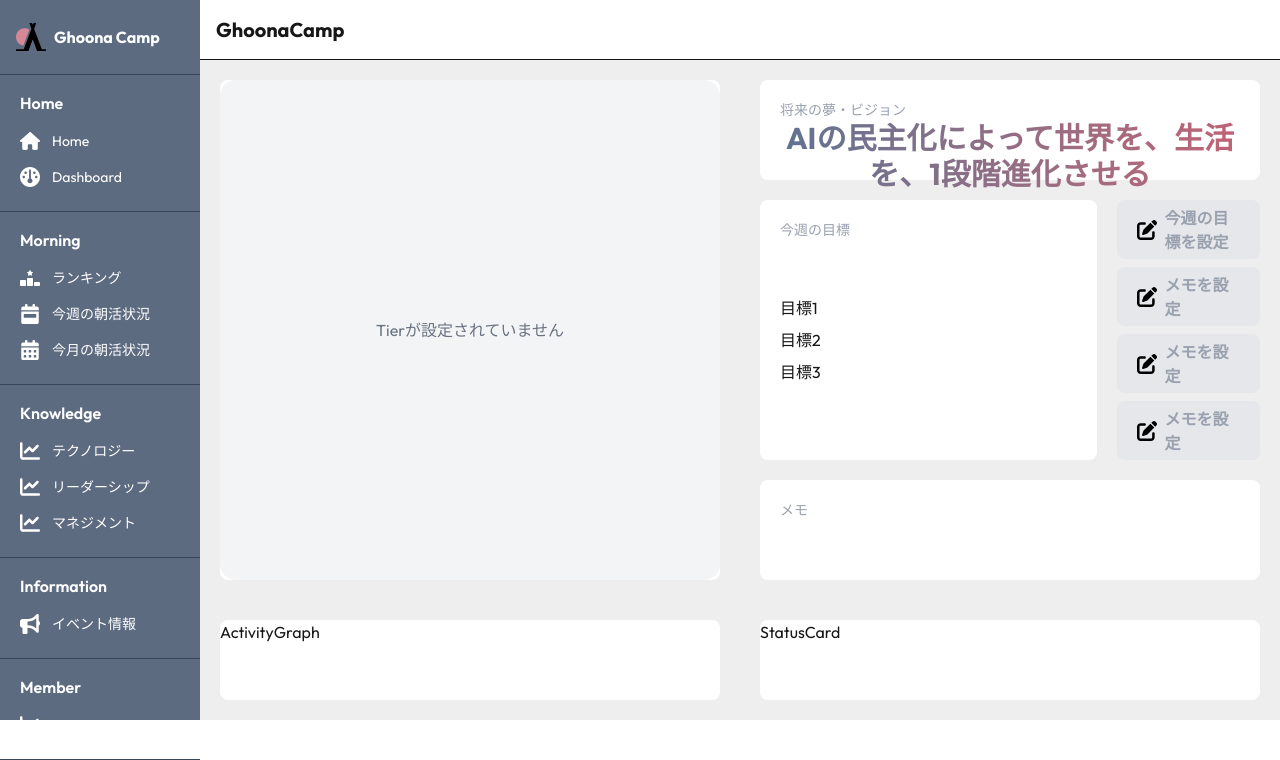
Repository: ShotaGhoona/ghoonacamp_platform
Page: /home/dashboard
These files come from the project's save history. The page is drawn as it stood at one moment and after the next save; the edit follows.
The browser window is 1280 px wide. The pictures show the whole page.
The page's requests for data from a server got no answer. The project was rebuilt for these pictures with package versions that can differ from the ones it lists, and the page was loaded fresh each time. Some packages were replaced by stand-ins written for this rebuild. The framework's server and built-in components were replaced by stand-ins that run in the browser. No one was signed in, and anything a server would have sent is missing. Also part of the build but not shown: next.config.js.

Above is the page before, as saved 2025-04-25 22:53:17.

After the next save:
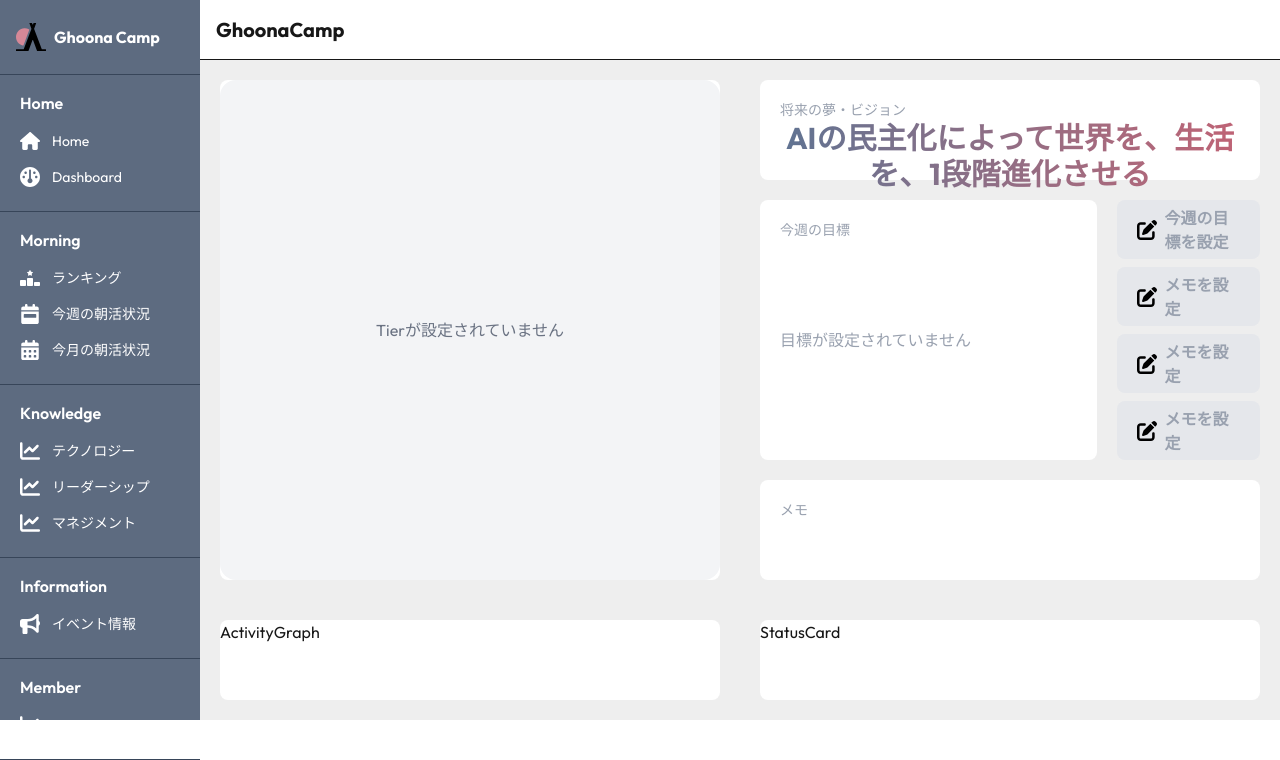
Saved 18 s later.
--- a/src/features/home/dashboard/display/ProfileSection.tsx
+++ b/src/features/home/dashboard/display/ProfileSection.tsx
@@ -1,4 +1,8 @@
+import { useWeeklyGoals } from '../hooks/useWeeklyGoals';
+
 export const ProfileSection = () => {
+  const { goals, isLoading, error } = useWeeklyGoals();
+
   return (
     <div className="w-full h-full flex flex-col items-center justify-center gap-5">
         <div className="w-full h-[20%] bg-white rounded-lg p-5 flex flex-col">
@@ -12,9 +16,17 @@ export const ProfileSection = () => {
             <div className="w-[70%] h-full bg-white rounded-lg p-5 flex flex-col">
                 <p className="text-sm text-gray-400">今週の目標</p>
                 <div className="flex-1 flex flex-col justify-center gap-2">
-                    <p>目標1</p>
-                    <p>目標2</p>
-                    <p>目標3</p>
+                    {isLoading ? (
+                        <p className="text-gray-400">読み込み中...</p>
+                    ) : error ? (
+                        <p className="text-red-500">エラーが発生しました</p>
+                    ) : goals.length === 0 ? (
+                        <p className="text-gray-400">目標が設定されていません</p>
+                    ) : (
+                        goals.map((goal) => (
+                            <p key={goal.id} className="text-gray-700">{goal.content}</p>
+                        ))
+                    )}
                 </div>
             </div>
             <div className="w-[30%] h-full gap-2 flex flex-col">
